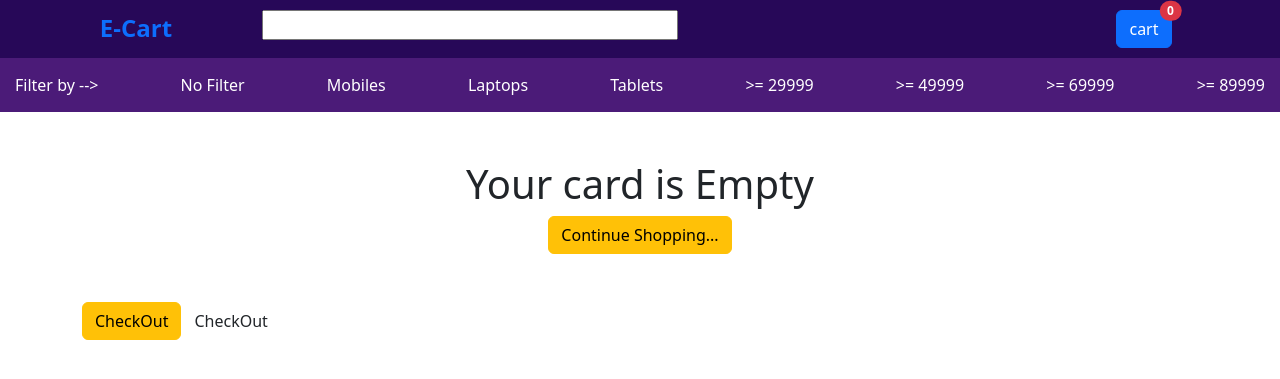
Repository: AMIT1439027/React-ECommerce-cart
Page: /cart
These files come from the project's save history. The page is drawn as it stood at one moment and after the next save; the edit follows.
The browser window is 1280 px wide. The pictures show the whole page.
The project was rebuilt for these pictures with package versions that can differ from the ones it lists, and the page was loaded fresh each time. Also part of the build but not shown: vite.config.js, src/components/Product.jsx, src/components/ProductDetail.jsx, src/components/Searchitem.jsx.

Above is the page before, as saved 2024-03-14 10:46:59.

### index.html
<!doctype html>
<html lang="en">
  <head>
    <meta charset="UTF-8" />
    <link rel="icon" type="image/svg+xml" href="/vite.svg" />
    <meta name="viewport" content="width=device-width, initial-scale=1.0" />
    <title>React E-Cart</title>
    <link href="https://cdn.jsdelivr.net/npm/bootstrap@5.3.3/dist/css/bootstrap.min.css" rel="stylesheet" integrity="sha384-QWTKZyjpPEjISv5WaRU9OFeRpok6YctnYmDr5pNlyT2bRjXh0JMhjY6hW+ALEwIH" crossorigin="anonymous">
  </head>
  <body>
    <div id="root"></div>
    <script type="module" src="/src/main.jsx"></script>
  </body>
</html>

### src/App.jsx
import React, { useState } from "react";
import { BrowserRouter as Router, Routes, Route } from "react-router-dom";
import Navbar from "./components/Navbar";
import Product from "./components/Product";
import ProductDetail from "./components/ProductDetail";
import Searchitem from "./components/Searchitem";
import Cart from "./components/Cart";
import { items } from "./components/Data";

const App = () => {
  const [data, setData] = useState([...items]);
  const [cart, setCart] = useState([]);
  return (
    <>
      <Router>
        <Navbar cart={cart} setData={setData} />
        <Routes>
          <Route
            path="/"
            element={<Product cart={cart} setCart={setCart} items={data} />}
          />
          <Route path="/cart" element={<Cart cart={cart} setCart={setCart} />} />
          {/* Dynamic Routes  */}
          <Route path="/product/:id" element={<ProductDetail />} />
          <Route path="/search/:term" element={<Searchitem />} />
        </Routes>
      </Router>
    </>
  );
};

export default App;

### src/index.css
.nav-bar{
    display: flex;
    justify-content: space-between;
    background-color: #270858;
    padding: 10px;

    color: white;
}
.brand{
    font-weight: bolder;
    width: 20%;
    text-align: center;
    font-size: 1.5rem;
    text-decoration: none;
}

.search-bar{
    width: 60%;

}
.search-bar input{
    width: 55%;
    /* text-align: center; */
}

input::placeholder{
    padding: 10px;
    font-weight: bold;
}
.cart{
    width: 20%;
    text-align: center;
    font-weight: 1.5rem;
    text-decoration: none;
    color:white;
}
.nav-bar-wrapper{
    display: flex;
    justify-content: space-between;
    padding: 15px;
    background-color:#4b1b78;
    color:white

    /* font-weight: bold; */
}

.img{
    display: flex;
    justify-content: center;
    align-items:center ;

}

.img img{
    width: 350px;
    height: 350px;
}

.con{
    display: flex;
    justify-content: center;
    align-items:center;
    gap:4rem;

}

### src/components/Navbar.jsx
import React, { useState } from "react";
import { Link, useNavigate } from "react-router-dom";
import { items } from "./Data";

const Navbar = ({ setData , cart}) => {
 const [searchTerm, setSearchTerm] = useState(" ")
 const navigate = useNavigate();

  const filterByCategory = (category) => {
    const element = items.filter((product) => product.category === category);
    setData(element);
  };

  const filterByPrice = (price) =>{
    const element = items.filter((product)=>product.price >= price)
    setData(element)
  }

  const  handleSubmit = (e)=>{
    e.preventDefault();
    navigate(`/search/${searchTerm}`)
    setSearchTerm("")
  }
  return (
    <>
      <header className="sticky-top">
        <div className="nav-bar">
          <Link to={"/"} className="brand">
            E-Cart
          </Link>
          <form
          // onClick={handleSubmit}
          onSubmit={handleSubmit}
          className="search-bar">

            <input
            value={searchTerm}
            onChange={(e)=>setSearchTerm(e.target.value)}
            type="text"
            placeholder="Search Products"
            />
          </form>
          <Link to={"/cart"} className="cart">
          <button type="button" className="btn btn-primary position-relative">
 cart
  <span className="position-absolute top-0 start-100 translate-middle badge rounded-pill bg-danger">
    {cart.length}
    <span className="visually-hidden">unread messages</span>
  </span>
</button>
          </Link>
        </div>

        <div className="nav-bar-wrapper">
          <div className="items">Filter by -{"->"}</div>
          <div onClick={()=>setData(items)}
           className="items">No Filter</div>

          <div onClick={() => filterByCategory("mobiles")} className="items">
            Mobiles
          </div>
          <div onClick={() => filterByCategory("laptops")}
           className="items">Laptops</div>
          <div  onClick={() => filterByCategory("tablets")}
          className="items">Tablets</div>

          <div  onClick={()=>filterByPrice(29999)}
          className="items">{">="} 29999</div>
          <div onClick={()=>filterByPrice(49999)}
          className="items">{">="} 49999</div>
          <div onClick={()=>filterByPrice(69999)}
          className="items">{">="} 69999</div>
          <div onClick={()=>filterByPrice(89999)}
          className="items">{">="} 89999</div>
        </div>
      </header>
    </>
  );
};

export default Navbar;

### src/components/Cart.jsx
import React from "react";
import { Link } from "react-router-dom";

const Cart = ({ cart, setCart }) => {
  return (
    <>
      <div className="container my-5" style={{ width: "54%" }}>
        {cart.length == 0 ? (
          <>
            <div className="text-center">
              <h1>Your card is Empty</h1>
              <Link to={"/"} className="btn btn-warning">Continue Shopping...</Link>
            </div>
          </>
        ) : (
          cart.map((product) => {
            return (
              <>
                <div className="card mb-3 my-5" style={{ width: "700px" }}>
                  <div className="row g-0">
                    <div className="col-md-4">
                      <img
                        src={product.imgSrc}
                        className="img-fluid rounded-start"
                        alt="..."
                      />
                    </div>
                    <div className="col-md-8">
                      <div className="card-body text-center ">
                        <h5 className="card-title">{product.title}</h5>
                        <p className="card-text">{product.description}</p>
                        <button className="btn btn-primary mx-3">
                          {product.price} ₹
                        </button>
                        <button className="btn btn-warning">Buy Now</button>
                      </div>
                    </div>
                  </div>
                </div>
              </>
            );
          })
        )}
      </div>

      <div className="container">
        <button className="btn btn-warning">CheckOut</button>
        <button className="btn btn-dang">CheckOut</button>
      </div>
    </>
  );
};

export default Cart;

### src/components/Data.jsx
export const items =  [
    {
      id: 1,
      category: 'mobiles',
      title: "Apple iPhone 14",
      imgSrc: 'https://m.media-amazon.com/images/I/71xb2xkN5qL._SL1500_.jpg',
      amazonLink: 'https://amzn.to/3PuckZp',
      description: 'Apple iPhone 14 (128 GB) - Blue',
      price: '89999',
    },
    {
      id: 5,
      category: 'laptops',
      title: "Xiaomi [Smartchoice] Notebookpro",
      imgSrc: 'https://m.media-amazon.com/images/I/71TPda7cwUL._SL1500_.jpg',
      amazonLink: 'https://amzn.to/3EzeQaC',
      description: 'Xiaomi [Smartchoice] Notebookpro ',
      price: '49999',
    },
    {
      id: 7,
      category: 'tablets',
      title: "Xiaomi Pad 6",
      imgSrc: 'https://m.media-amazon.com/images/I/51b9LjzmPCL._SL1080_.jpg',
      amazonLink: 'https://amzn.to/3ZeNRdY',
      description: 'Xiaomi Pad 6| Qualcomm Snapdragon 870| ',
      price: '29999',
    },
    {
      id: 2,
      category: 'mobiles',
      title: "Apple iPhone 11",
      imgSrc: 'https://m.media-amazon.com/images/I/71xb2xkN5qL._SL1500_.jpg',
      amazonLink: 'https://amzn.to/44MiYi6',
      description: 'Apple iPhone 11 (64GB) - White',
      price: '79999',
    },
    {
      id: 6,
      category: 'tablets',
      title: "Lenovo Tab P12 Pro AMOLED",
      imgSrc: 'https://m.media-amazon.com/images/I/51b9LjzmPCL._SL1080_.jpg',
      amazonLink: 'https://amzn.to/3RabsdH',
      description: 'Lenovo Tab P12 Pro AMOLED (12.6 inch (32 cm), 8 GB, 256 GB, Wi-fi Only), Storm Grey with Precision Pen 3',
      price: '19999',
    },
    {
      id: 3,
      category: 'mobiles',
      title: "Apple iPhone 13",
      imgSrc: 'https://m.media-amazon.com/images/I/71xb2xkN5qL._SL1500_.jpg',
      amazonLink: 'https://amzn.to/3r6XJtv',
      description: 'Apple iPhone 13 (128GB) - Blue',
      price: '69999',
    },
    {
      id: 4,
      category: 'laptops',
      title: "Lenovo IdeaPad Slim 5 ",
      imgSrc: 'https://m.media-amazon.com/images/I/71TPda7cwUL._SL1500_.jpg',
      amazonLink: 'https://amzn.to/44JsK4r',
      description: 'Lenovo IdeaPad Slim 5 Intel Core i5 12450H 14" (35.5cm) ',
      price: '29999',
    },
    {
      id: 9,
      category: 'tablets',
      title: "Samsung Galaxy Tab A8",
      imgSrc: 'https://m.media-amazon.com/images/I/51b9LjzmPCL._SL1080_.jpg',
      amazonLink: 'https://amzn.to/3Pdsh4F',
      description: 'Samsung Galaxy Tab A8 26.69cm (10.5 inch) Display, RAM 4 GB, ROM 64 GB Expandable, Wi-Fi Tablet, Gray, (SM-X200NZAEINU)',
      price: '49999',
    },
    {
      id: 8,
      category: 'laptops',
      title: "Apple MacBook Air Laptop",
      imgSrc: 'https://m.media-amazon.com/images/I/71TPda7cwUL._SL1500_.jpg',
      amazonLink: 'https://amzn.to/3r9rvhm',
      description: 'Apple MacBook Air Laptop M1 chip, 13.3-inch/33.74 cm Retina Display, ',
      price: '89999',
    },


  ]

Loaded but not shown: src/main.jsx (common file)

After the next save:
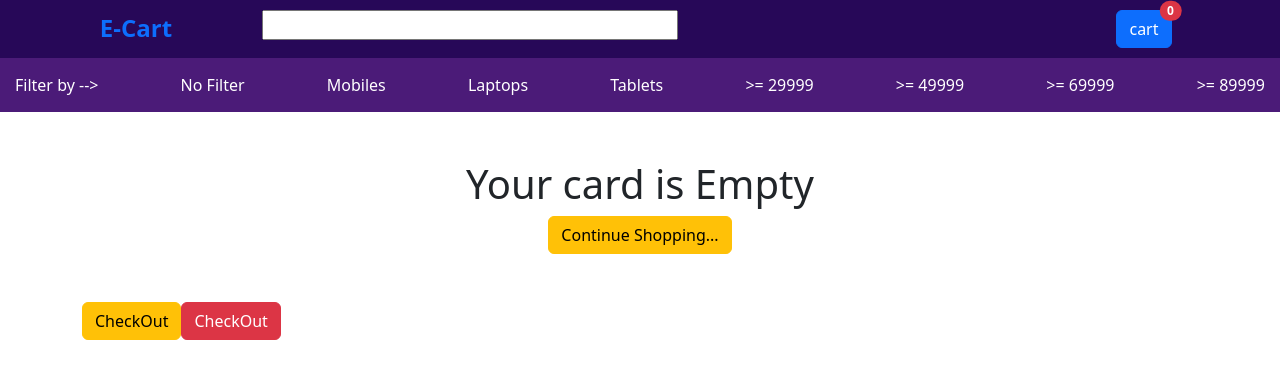
Saved 4 s later.
--- a/src/components/Cart.jsx
+++ b/src/components/Cart.jsx
@@ -45,7 +45,7 @@ const Cart = ({ cart, setCart }) => {
 
       <div className="container">
         <button className="btn btn-warning">CheckOut</button>
-        <button className="btn btn-dang">CheckOut</button>
+        <button className="btn btn-danger">CheckOut</button>
       </div>
     </>
   );
